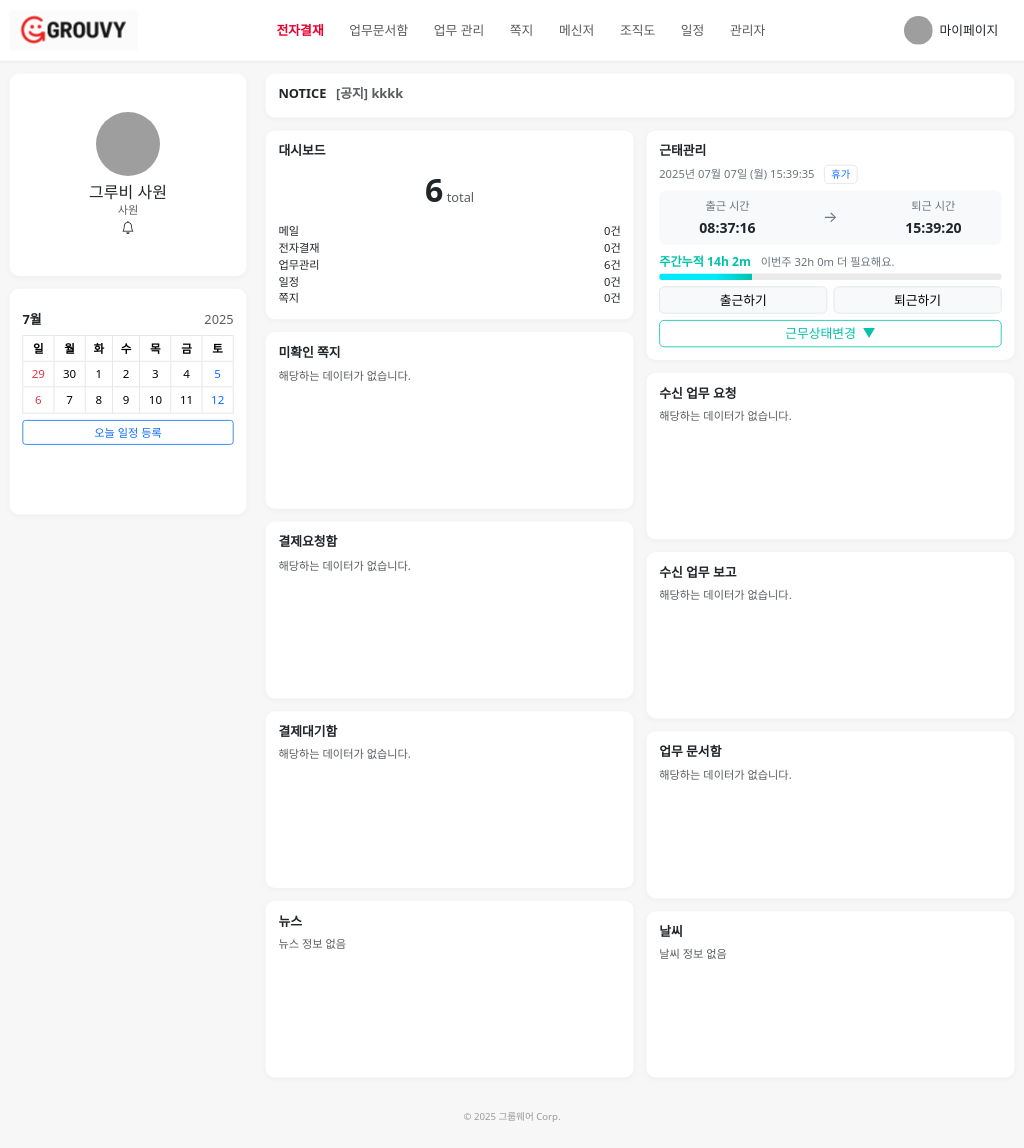
Repository: hyunbin7664/web-java-workspace
Page: groupware/src/main/webapp/index.html
The author's editor kept a copy of each file at every save. The page is drawn from the files as they stood at one save, then again after the next save.
The browser window is 1280 px wide. The pictures show the whole page, at 80% of full size.
Pictures or frames that could not be fetched are drawn as grey boxes.

Above is the page before, as saved 2025-07-08 03:11:16.

After the next save:
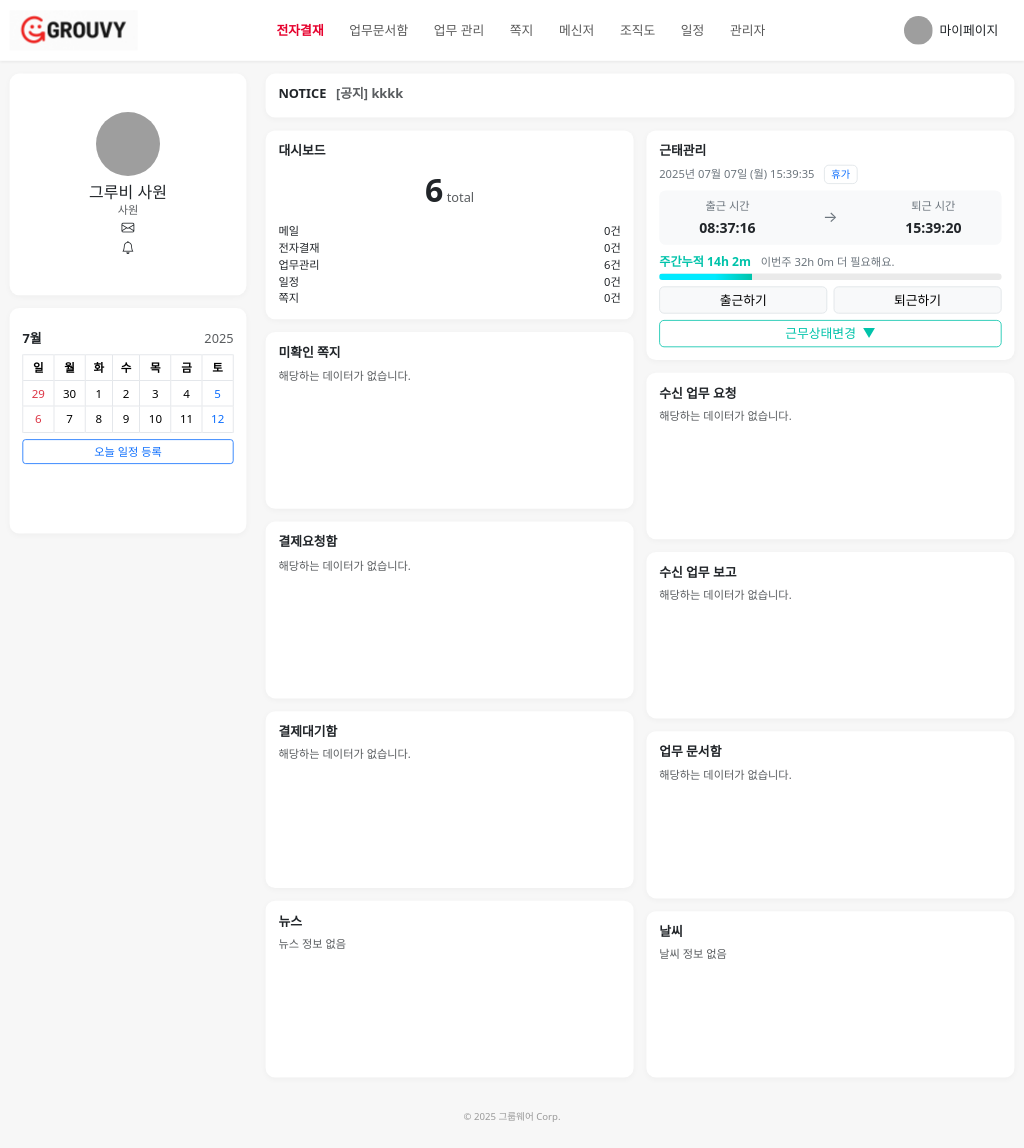
Saved 36 s later.
--- a/groupware/src/main/webapp/index.html
+++ b/groupware/src/main/webapp/index.html
@@ -173,7 +173,7 @@ footer {
 						alt="프로필" class="rounded-circle mx-auto" width="80" height="80">
 					<h5 class="mt-2 mb-0">그루비 사원</h5>
 					<small class="text-muted">사원</small>
-					<i class="bi bi-bell"></i>
+					<i class="bi bi-envelope"></i><i class="bi bi-bell"></i>
 				</div>
 				<div class="card p-3 mb-3">
 					<div class="calendar">
